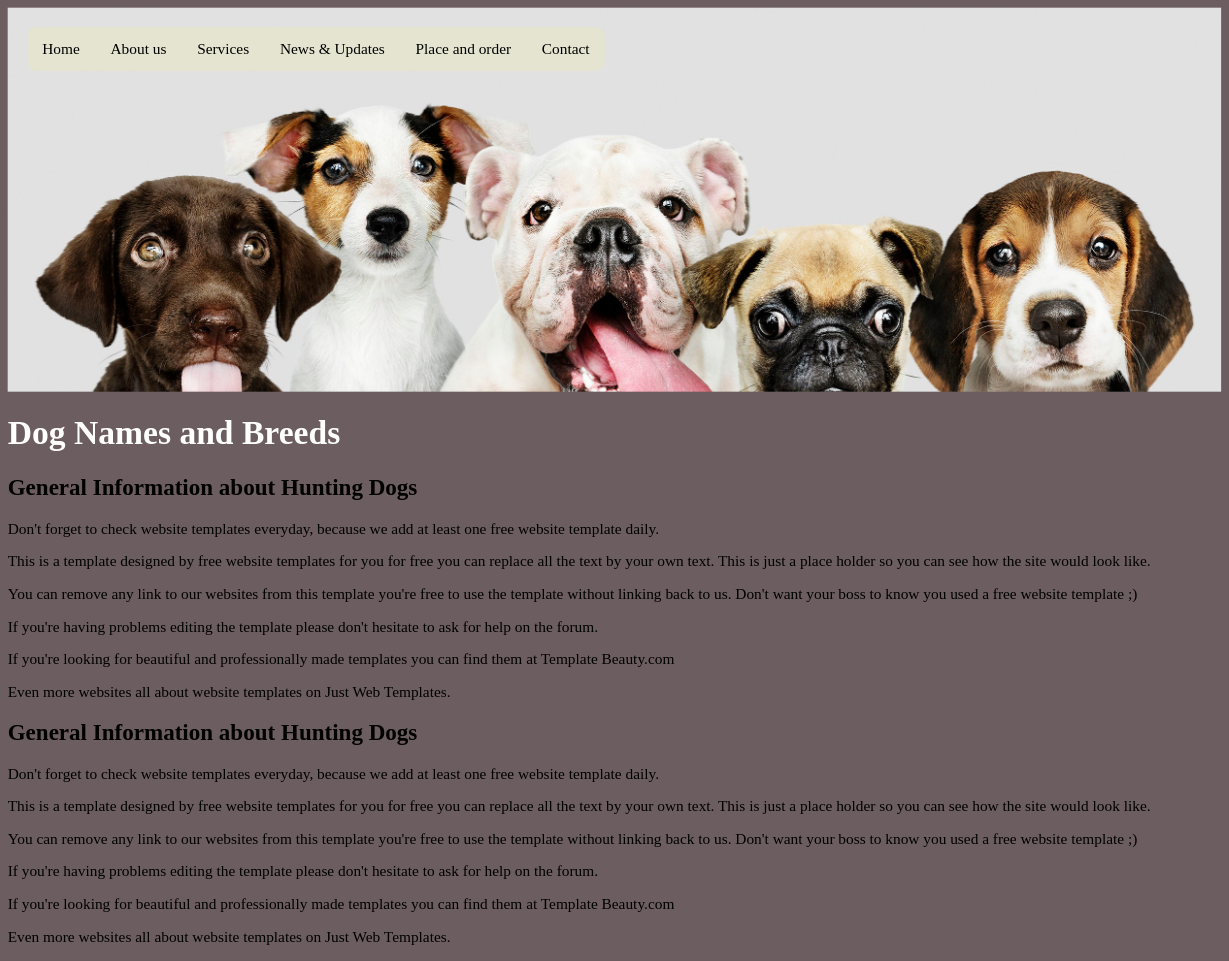
Repository: Tayma-Kazmouz/labwork
Page: index.html
These files come from the project's save history. The page is drawn as it stood at one moment and after the next save; the edit follows.
The browser window is 1280 px wide. The pictures show the whole page, at 96% of full size.

Above is the page before, as saved 2022-04-04 16:34:37.

After the next save:
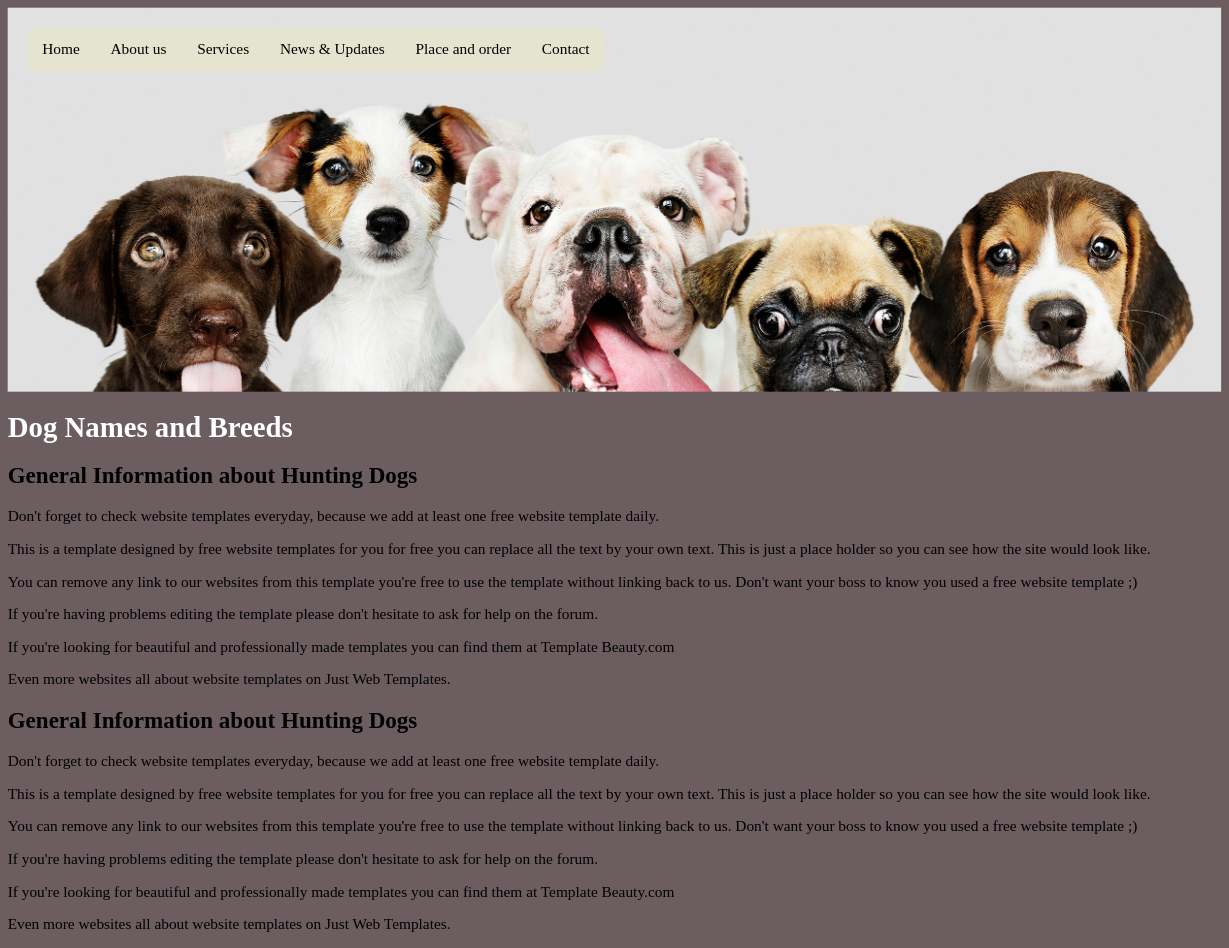
Saved 14 s later.
--- a/styles.css
+++ b/styles.css
@@ -40,5 +40,5 @@ ul {
 h1{
     color: white;
     font-weight: 600px;
-    font-size: 35px;
+    font-size: 30px;
 }
